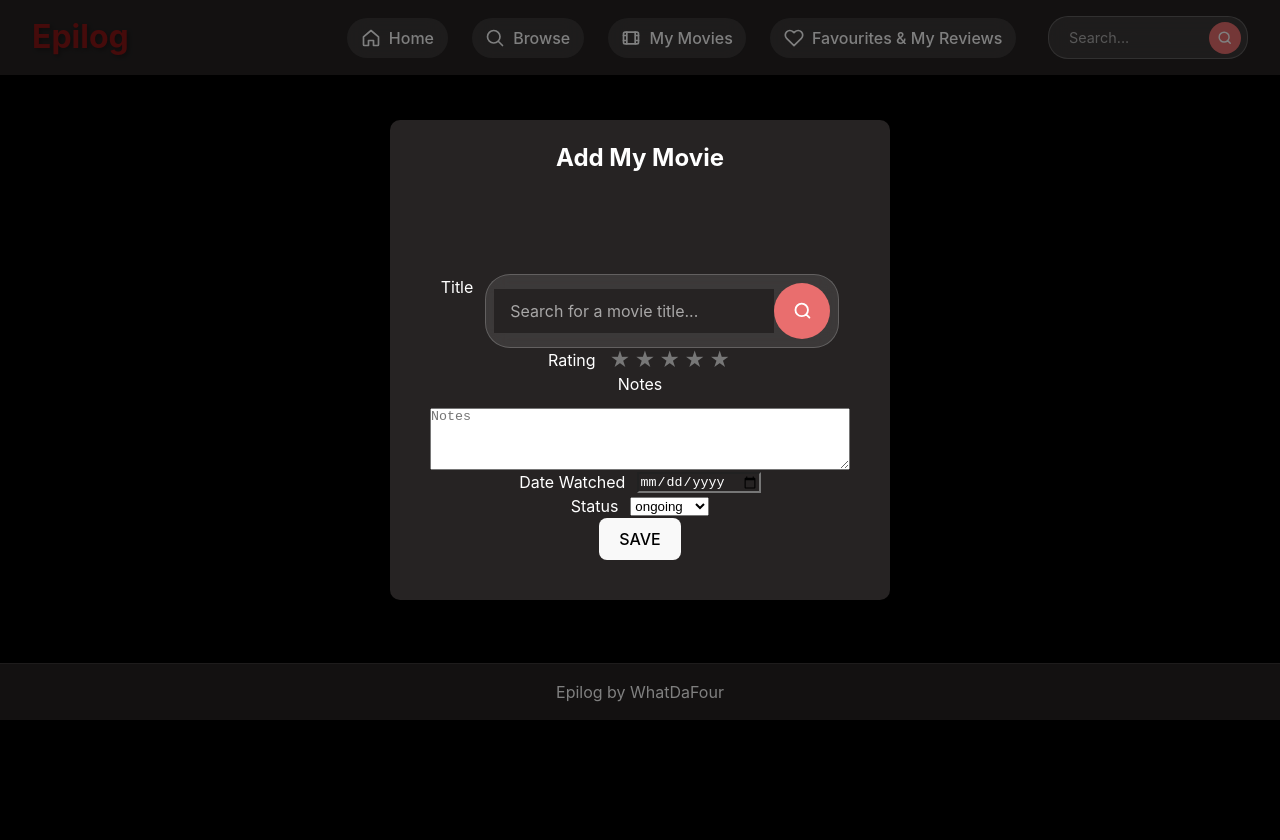
Repository: primcharlin/COMP3170_Epilog
Page: /my-movies, after clicking the first element matching `div.page-section > button`
These files come from the project's save history. The page is drawn as it stood at one moment and after the next save; the edit follows.
The browser window is 1280 px wide. The pictures show the whole page.
The project was rebuilt for these pictures with package versions that can differ from the ones it lists, and the page was loaded fresh each time. Also part of the build but not shown: vite.config.js, src/pages/Home.jsx, src/pages/Browse.jsx, src/pages/FavouritesReviews.jsx.

Above is the page before, as saved 2025-10-05 12:04:46.

### index.html
<!doctype html>
<html lang="en">
  <head>
    <meta charset="UTF-8" />
    <link rel="icon" type="image/svg+xml" href="/vite.svg" />
    <meta name="viewport" content="width=device-width, initial-scale=1.0" />
    <title>Epilog</title>
  </head>
  <body>
    <div id="root"></div>
    <script type="module" src="/src/main.jsx"></script>
  </body>
</html>

### src/App.jsx
import "./App.css";
import Header from "./components/Header";
import Footer from "./components/Footer";
import { BrowserRouter, Routes, Route } from "react-router-dom";
import Home from "./pages/Home";
import Browse from "./pages/Browse";
import MyMovies from "./pages/MyMovies";
import FavouritesReviews from "./pages/FavouritesReviews";

function App() {
    return (
        <BrowserRouter>
            <div className='page'>
                <Header />
                <Routes>
                    <Route
                        path='/'
                        element={<Home />}
                    />
                    <Route
                        path='/browse'
                        element={<Browse />}
                    />
                    <Route
                        path='/my-movies'
                        element={<MyMovies />}
                    />
                    <Route
                        path='/favourites-myreviews'
                        element={<FavouritesReviews />}
                    />
                </Routes>
                <Footer />
            </div>
        </BrowserRouter>
    );
}

export default App;

### src/App.css
#root {
    margin: 0;
    padding: 0;
    width: 100%;
    min-height: 100vh;
}

* {
    margin: 0;
    padding: 0;
    box-sizing: border-box;
}

body {
    margin: 0;
    padding-top: 120px; /* Add padding to account for fixed header */
    font-family: -apple-system, BlinkMacSystemFont, "Segoe UI", "Roboto",
        "Oxygen", "Ubuntu", "Cantarell", "Fira Sans", "Droid Sans",
        "Helvetica Neue", sans-serif;
    -webkit-font-smoothing: antialiased;
    -moz-osx-font-smoothing: grayscale;
    text-align: center;
    background-color: #000000;
    min-height: 100vh;
}

.page {
    min-height: calc(100vh - 120px); /* account for fixed header padding */
    display: flex;
    flex-direction: column;
}

/* Footer Styles */
.footer {
    margin-top: 4rem;
    background: #262323;
    color: white;
    padding: 1rem 2rem;
    text-align: center;
    border-top: 1px solid rgba(255, 255, 255, 0.1);
    margin-top: auto;
}

/* Header Styles */
.header {
    background: #262323;
    color: white;
    padding: 1rem 2rem;
    width: 100%;
    display: flex;
    flex-direction: row;
    justify-content: space-between;
    align-items: center;
    box-shadow: 0 2px 10px rgba(0, 0, 0, 0.1);
    position: fixed;
    top: 0;
    left: 0;
    z-index: 1000;
}

.header h1 {
    margin: 0;
    font-size: 2rem;
    font-weight: 700;
    color: #8b1616;
    text-shadow: 2px 2px 4px rgba(0, 0, 0, 0.3);
}

.header-right {
    display: flex;
    align-items: center;
    gap: 2rem;
}

.header nav ul {
    list-style: none;
    padding: 0;
    margin: 0;
    display: flex;
    gap: 1.5rem;
}

.header nav ul li a {
    color: white;
    text-decoration: none;
    font-weight: 500;
    padding: 0.5rem 0.85rem;
    border-radius: 25px;
    transition: all 0.3s ease;
    background: rgba(255, 255, 255, 0.1);
    backdrop-filter: blur(10px);
    display: inline-flex;
    align-items: center;
    gap: 0.5rem;
}

.header nav ul li a:hover {
    background: rgba(255, 255, 255, 0.2);
    transform: translateY(-2px);
    box-shadow: 0 4px 15px rgba(0, 0, 0, 0.2);
}

.header nav ul li a svg {
    width: 20px;
    height: 20px;
    color: currentColor;
}

/* Header Search Bar Styles */
.header-search-container {
    display: flex;
    align-items: center;
}

.header-search-form {
    width: 100%;
}

.header-search-wrapper {
    position: relative;
    display: flex;
    align-items: center;
    background: rgba(255, 255, 255, 0.1);
    border-radius: 20px;
    padding: 0.25rem 0.5rem;
    backdrop-filter: blur(10px);
    border: 1px solid rgba(255, 255, 255, 0.2);
    transition: all 0.3s ease;
    width: 200px;
    min-height: 36px;
}

.header-search-wrapper:focus-within {
    background: rgba(255, 255, 255, 0.15);
    border-color: #e96e6e;
    box-shadow: 0 0 10px rgba(233, 110, 110, 0.3);
}

.header-search-input {
    flex: 1;
    background: transparent;
    border: none;
    outline: none;
    color: white;
    font-size: 0.9rem;
    padding: 0.5rem 2.25rem 0.5rem 0.75rem; /* add right padding for button */
    font-family: inherit;
}

.header-search-input::placeholder {
    color: rgba(255, 255, 255, 0.6);
}

.header-search-button {
    position: absolute;
    right: 6px;
    top: 50%;
    transform: translateY(-50%);
    background: #e96e6e;
    border: none;
    border-radius: 999px;
    width: 32px;
    height: 32px;
    aspect-ratio: 1 / 1;
    padding: 0;
    display: flex;
    align-items: center;
    justify-content: center;
    cursor: pointer;
    transition: all 0.3s ease;
    color: white;
}

.header-search-button svg {
    width: 14px;
    height: 14px;
    color: inherit;
}
.header-search-button svg path {
    stroke: #ffffff;
    fill: none;
    stroke-width: 2.5;
}

.header-search-button:hover {
    background: #d55a5a;
}

.header-search-button:active {
    transform: scale(0.95);
}

h1 {
    margin-top: 4rem;
    font-size: 4rem;
    font-weight: 700;
    color: white;
    text-shadow: 2px 2px 4px rgba(0, 0, 0, 0.3);
    line-height: 1.2;
}

.catalog-text {
    color: #e96e6e;
}

h3 {
    margin-top: 2rem;
    font-size: 1.2rem;
    font-weight: 400;
    color: #aaaaaa;
    text-align: center;
    line-height: 1.6;
    max-width: 600px;
    margin-left: auto;
    margin-right: auto;
}

/* Search Bar Styles */
.search-bar-container {
    margin-top: 3rem;
    display: flex;
    justify-content: center;
    align-items: center;
}

.search-form {
    width: 100%;
    max-width: 500px;
}

.search-input-wrapper {
    position: relative;
    display: flex;
    align-items: center;
    background: rgba(255, 255, 255, 0.1);
    border-radius: 25px;
    padding: 0.5rem;
    backdrop-filter: blur(10px);
    border: 1px solid rgba(255, 255, 255, 0.2);
    transition: all 0.3s ease;
}

.search-input-wrapper:focus-within {
    background: rgba(255, 255, 255, 0.15);
    border-color: #e96e6e;
    box-shadow: 0 0 20px rgba(233, 110, 110, 0.3);
}

.search-input {
    flex: 1;
    background: transparent;
    border: none;
    outline: none;
    color: white;
    font-size: 1rem;
    padding: 0.75rem 1rem;
    font-family: inherit;
}

.search-input::placeholder {
    color: rgba(255, 255, 255, 0.6);
}

.search-button {
    background: #e96e6e;
    border: none;
    border-radius: 999px;
    width: 56px;
    height: 56px;
    display: flex;
    align-items: center;
    justify-content: center;
    cursor: pointer;
    transition: all 0.3s ease;
    color: white;
}

.search-button svg {
    width: 36px;
    height: 36px;
    color: inherit;
    display: block; /* avoid inline baseline shifting */
}
.search-button svg path {
    stroke: #ffffff;
    fill: none;
    stroke-width: 2.5;
}

.search-button:hover {
    background: #d55a5a;
    transform: scale(1.05);
}

.search-button:active {
    transform: scale(0.95);
}

/* Modal Styles */
.modal-backdrop {
    position: fixed;
    top: 0;
    left: 0;
    width: 100%;
    height: 100%;
    background-color: rgba(0, 0, 0, 0.5);
    display: flex;
    align-items: center;
    justify-content: center;
    z-index: 2000;
}

.modal-content {
    background-color: #262323;
    color: white;
    border-radius: 10px;
    padding: 20px;
    max-width: 500px;
    margin: 0 auto;
    width: 90%;
}

.modal-header {
    border-bottom: none;
    padding-bottom: 10px;
    margin-bottom: 20px;
}

.modal-body {
    padding: 20px;
}

/* Form Styles */
.form-container {
    display: flex;
    flex-direction: column;
    gap: 20px;
}

.form-control input {
    background-color: #262323;
    color: white;
}

.form-control {
    display: flex;
    align-items: center;
    justify-content: center;
    gap: 12px;
}

.form-control label {
    display: block;
}

.form-control--stack {
    flex-direction: column;
    align-items: stretch;
}

/* Rating styles */
.rating-group {
    display: flex;
    gap: 0;
}

.rating-star {
    background: transparent;
    border: none;
    font-size: 1.25rem;
    color: #777777;
    padding: 2px;
    line-height: 1;
}

.rating-star.active {
    color: #e6b800;
}

/* Selected movie preview */
.selected-movie {
    display: flex;
    flex-direction: column;
    align-items: center;
    gap: 8px;
    margin-bottom: 10px;
}
.selected-movie img {
    width: 160px;
    height: 240px;
    object-fit: cover;
    border-radius: 8px;
}
.selected-movie-title {
    font-weight: 600;
}

### src/components/Header.jsx
import React from "react";
import { Link } from "react-router-dom";
import HeaderSearchBar from "./HeaderSearchBar";

const Header = () => {
    return (
        <header className='header'>
            <h1>Epilog</h1>
            <div className='header-right'>
                <nav>
                    <ul>
                        <li>
                            <Link to='/'>
                                {/* Home icon */}
                                <svg
                                    width='20'
                                    height='20'
                                    viewBox='0 0 24 24'
                                    fill='none'
                                    xmlns='http://www.w3.org/2000/svg'>
                                    <path
                                        d='M3 10.75L12 3l9 7.75V20a1 1 0 0 1-1 1h-5v-6H9v6H4a1 1 0 0 1-1-1v-9.25Z'
                                        stroke='currentColor'
                                        strokeWidth='2'
                                        strokeLinecap='round'
                                        strokeLinejoin='round'
                                    />
                                </svg>
                                <span>Home</span>
                            </Link>
                        </li>
                        <li>
                            <Link to='/browse'>
                                {/* Browse (search) */}
                                <svg
                                    width='20'
                                    height='20'
                                    viewBox='0 0 24 24'
                                    fill='none'
                                    xmlns='http://www.w3.org/2000/svg'>
                                    <path
                                        d='M21 21l-4.5-4.5M18 10.5a7.5 7.5 0 1 1-15 0 7.5 7.5 0 0 1 15 0Z'
                                        stroke='currentColor'
                                        strokeWidth='2'
                                        strokeLinecap='round'
                                        strokeLinejoin='round'
                                    />
                                </svg>
                                <span>Browse</span>
                            </Link>
                        </li>
                        <li>
                            <Link to='/my-movies'>
                                {/* My Movies (film) */}
                                <svg
                                    width='20'
                                    height='20'
                                    viewBox='0 0 24 24'
                                    fill='none'
                                    xmlns='http://www.w3.org/2000/svg'>
                                    <rect
                                        x='3'
                                        y='5'
                                        width='18'
                                        height='14'
                                        rx='2'
                                        stroke='currentColor'
                                        strokeWidth='2'
                                    />
                                    <path
                                        d='M7 5v14M17 5v14M3 9h4M17 9h4M3 15h4M17 15h4'
                                        stroke='currentColor'
                                        strokeWidth='2'
                                        strokeLinecap='round'
                                    />
                                </svg>
                                <span>My Movies</span>
                            </Link>
                        </li>
                        <li>
                            <Link to='/favourites-myreviews'>
                                {/* Favourites & My Reviews (heart) */}
                                <svg
                                    width='20'
                                    height='20'
                                    viewBox='0 0 24 24'
                                    fill='none'
                                    xmlns='http://www.w3.org/2000/svg'>
                                    <path
                                        d='M20.84 4.61a5.5 5.5 0 0 0-7.78 0L12 5.67l-1.06-1.06a5.5 5.5 0 0 0-7.78 7.78L12 21.23l8.84-8.84a5.5 5.5 0 0 0 0-7.78Z'
                                        stroke='currentColor'
                                        strokeWidth='2'
                                        strokeLinecap='round'
                                        strokeLinejoin='round'
                                    />
                                </svg>
                                <span>Favourites & My Reviews</span>
                            </Link>
                        </li>
                    </ul>
                </nav>
                <HeaderSearchBar />
            </div>
        </header>
    );
};

export default Header;

### src/components/Footer.jsx
import React from "react";

const Footer = () => {
    return (
        <footer className='footer'>
            <p>Epilog by WhatDaFour</p>
        </footer>
    );
};

export default Footer;

### src/pages/MyMovies.jsx
import React, { useState } from "react";
import Modal from "../components/Modal";
import AddMyMovie from "../components/AddMyMovie";

const MyMovies = () => {
    const [isAddModalOpen, setIsAddModalOpen] = useState(false);

    return (
        <div className='page-section'>
            <h2>My Movies</h2>
            <p>Your personal collection of watched movies.</p>
            <button onClick={() => setIsAddModalOpen(true)}>Add</button>

            <Modal
                isOpen={isAddModalOpen}
                onClose={() => setIsAddModalOpen(false)}
                title="Add My Movie"
            >
                <AddMyMovie />
            </Modal>
        </div>
    );
};

export default MyMovies;

### src/components/HeaderSearchBar.jsx
import React, { useState } from "react";

const HeaderSearchBar = () => {
    const [searchTerm, setSearchTerm] = useState("");

    const handleSearch = (e) => {
        e.preventDefault();
        console.log("Header search for:", searchTerm);
        // Add your search logic here
    };

    const handleInputChange = (e) => {
        setSearchTerm(e.target.value);
    };

    return (
        <div className='header-search-container'>
            <form
                onSubmit={handleSearch}
                className='header-search-form'>
                <div className='header-search-wrapper'>
                    <input
                        type='text'
                        placeholder='Search...'
                        value={searchTerm}
                        onChange={handleInputChange}
                        className='header-search-input'
                    />
                    <button
                        type='submit'
                        className='header-search-button'>
                        <svg
                            width='16'
                            height='16'
                            viewBox='0 0 24 24'
                            fill='none'
                            xmlns='http://www.w3.org/2000/svg'>
                            <path
                                d='M21 21L16.514 16.506L21 21ZM19 10.5C19 15.194 15.194 19 10.5 19C5.806 19 2 15.194 2 10.5C2 5.806 5.806 2 10.5 2C15.194 2 19 5.806 19 10.5Z'
                                stroke='currentColor'
                                strokeWidth='2'
                                strokeLinecap='round'
                                strokeLinejoin='round'
                            />
                        </svg>
                    </button>
                </div>
            </form>
        </div>
    );
};

export default HeaderSearchBar;

### src/components/SearchBar.jsx
import React, { useState } from "react";

const SearchBar = ({ onSearch, placeholder = "Search for movies..." }) => {
    const [searchTerm, setSearchTerm] = useState("");

    const handleSearch = (e) => {
        e.preventDefault();
        if (typeof onSearch === "function") {
            onSearch(searchTerm);
        }
    };

    const handleInputChange = (e) => {
        setSearchTerm(e.target.value);
    };

    return (
        <div className='search-bar-container'>
            <form
                onSubmit={handleSearch}
                className='search-form'>
                <div className='search-input-wrapper'>
                    <input
                        type='text'
                        placeholder={placeholder}
                        value={searchTerm}
                        onChange={handleInputChange}
                        className='search-input'
                    />
                    <button
                        type='button'
                        onClick={handleSearch}
                        className='search-button'>
                        <svg
                            width='20'
                            height='20'
                            viewBox='0 0 24 24'
                            fill='none'
                            xmlns='http://www.w3.org/2000/svg'>
                            <path
                                d='M21 21L16.514 16.506L21 21ZM19 10.5C19 15.194 15.194 19 10.5 19C5.806 19 2 15.194 2 10.5C2 5.806 5.806 2 10.5 2C15.194 2 19 5.806 19 10.5Z'
                                stroke='currentColor'
                                strokeWidth='2'
                                strokeLinecap='round'
                                strokeLinejoin='round'
                            />
                        </svg>
                    </button>
                </div>
            </form>
        </div>
    );
};

export default SearchBar;

### src/components/Modal.jsx
import '../App.css'

function Modal({ isOpen, onClose, children, title }) {
  if (!isOpen) return null;

  return (
    <div className="modal-backdrop" onClick={onClose}>
      <div className="modal-content" onClick={(e) => e.stopPropagation()}>
        <div className="modal-header">
          <h2>{title}</h2>
        </div>
        <div className="modal-body">
          {children}
        </div>
      </div>
    </div>
  );
}

export default Modal;

### src/components/AddMyMovie.jsx
import React, { useState } from "react";
import SearchBar from "./SearchBar";
import moviesData from "../../data/epilog.json";

function AddMyMovie() {
    const [rating, setRating] = useState(0);

    const handleSetRating = (value) => {
        setRating(value);
    };

    const [selectedMovie, setSelectedMovie] = useState(null);

    const handleSearchSubmit = async (term) => {
        const normalized = (term || "").trim().toLowerCase();
        const match = moviesData.find((m) => m.title && m.title.toLowerCase().includes(normalized));
        if (match) {
            setSelectedMovie({
                title: match.title,
                posterUrl: `/${match.image}`,
            });
            return;
        }
        if (moviesData.length > 0) {
            setSelectedMovie({
                title: moviesData[0].title,
                posterUrl: `/${moviesData[0].image}`,
            });
        }
    };

    return (
        <div className="form-container">
            {selectedMovie && (
                <div className="selected-movie">
                    <img src={selectedMovie.posterUrl} alt={`${selectedMovie.title} poster`} />
                    <div className="selected-movie-title">{selectedMovie.title}</div>
                </div>
            )}
            <form>
                <div className="form-control">
                    <label htmlFor="title">Title</label>
                    <SearchBar onSearch={handleSearchSubmit} placeholder="Search for a movie title..." />
                </div>
                <div className="form-control">
                    <label htmlFor="rating">Rating</label>
                    <div role="radiogroup" aria-label="Rating" className="rating-group">
                        {[1,2,3,4,5].map((star) => (
                            <button
                                key={star}
                                type="button"
                                aria-label={`${star} star${star > 1 ? "s" : ""}`}
                                onClick={() => handleSetRating(star)}
                                className={`rating-star ${star <= rating ? "active" : ""}`}
                            >
                                ★
                            </button>
                        ))}
                        <input type="hidden" name="rating" value={rating} />
                    </div>
                </div>
                <div className="form-control form-control--stack">
                    <label htmlFor="notes">Notes</label>
                    <textarea name="notes" placeholder="Notes" rows="4"/>
                </div>
                <div className="form-control">
                    <label htmlFor="date-watched">Date Watched</label>
                    <input type="date" name="date-watched"/>
                </div>
                <div className="form-control">
                    <label htmlFor="status">Status</label>
                    <select name="status" defaultValue="ongoing">
                        <option value="ongoing">ongoing</option>
                        <option value="complete">complete</option>
                        <option value="cancelled">cancelled</option>
                    </select>
                </div>
                <button className="save">SAVE</button>
            </form>
        </div>
    );
}

export default AddMyMovie;

Loaded but not shown: src/main.jsx (common file); src/index.css (common file); data/epilog.json (238 lines, source omitted)

After the next save:
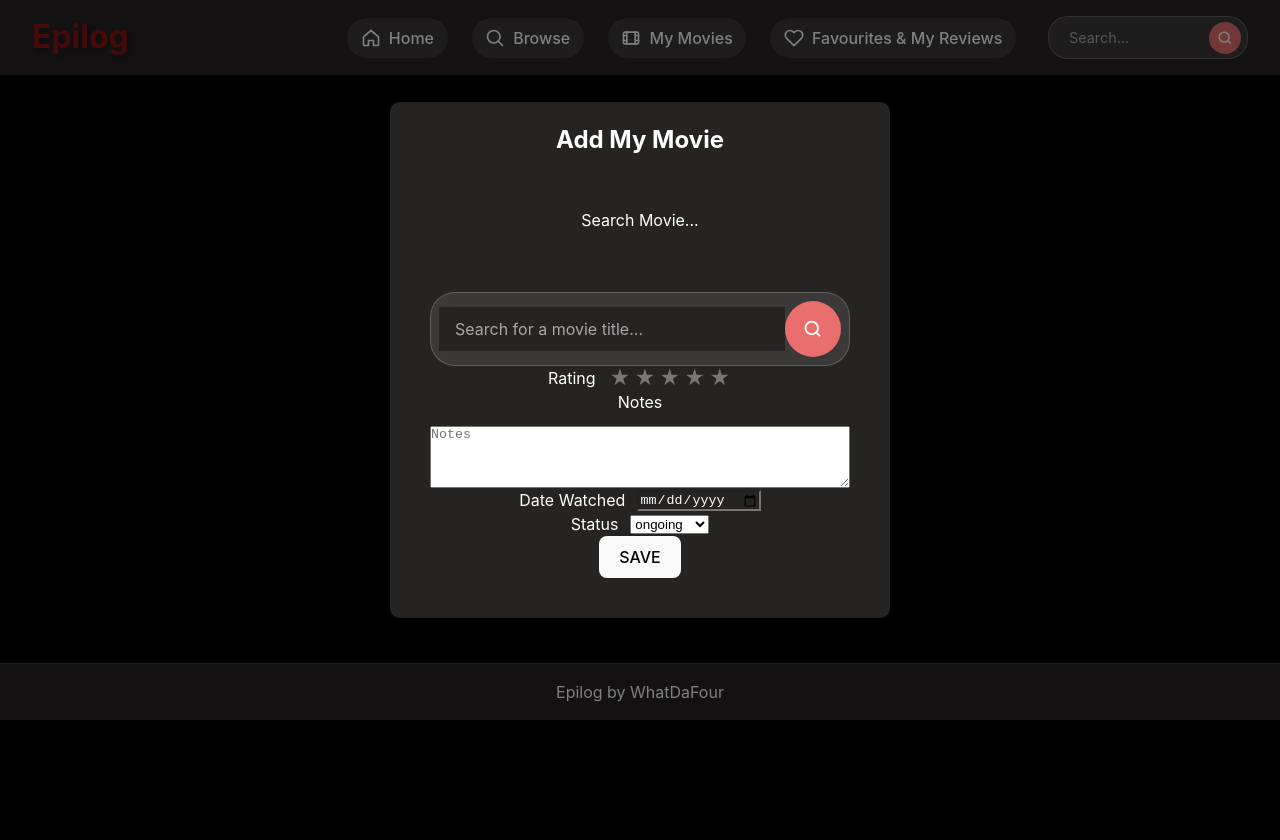
Saved 3 min 2 s later.
--- a/src/components/AddMyMovie.jsx
+++ b/src/components/AddMyMovie.jsx
@@ -38,8 +38,8 @@
                 </div>
             )}
             <form>
-                <div className="form-control">
-                    <label htmlFor="title">Title</label>
+                <div className="form-control form-control--stack">
+                    <label htmlFor="SearchMovie">Search Movie...</label>
                     <SearchBar onSearch={handleSearchSubmit} placeholder="Search for a movie title..." />
                 </div>
                 <div className="form-control">
